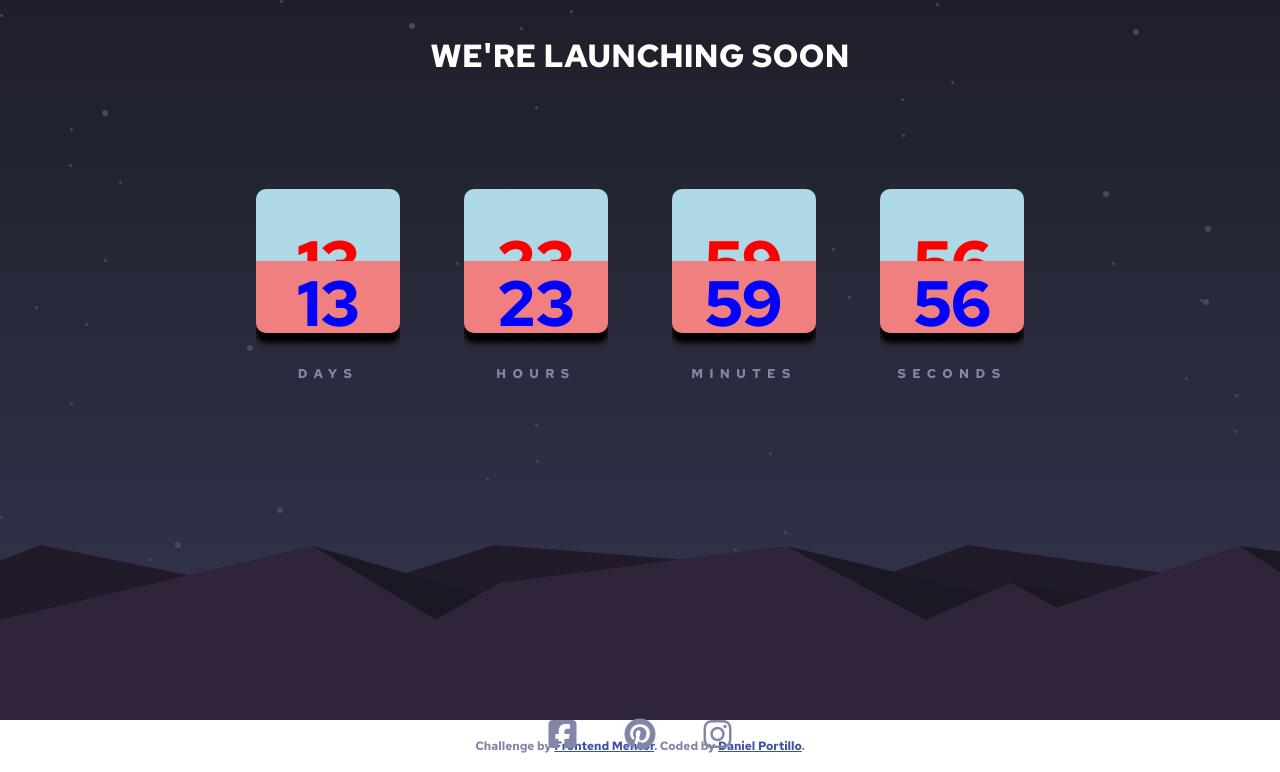
Repository: dportillo23/launch-countdown-timer-main
Page: index.html
These files come from the project's save history. The page is drawn as it stood at one moment and after a run of saves; the edit follows.
The browser window is 1280 px wide. The pictures show the whole page.
Some web libraries are served in a nearby version. The style sheet was rebuilt from its Sass, Less or Tailwind sources for each picture, by a compiler version that may differ from the author's.

Above is the page before, as saved 2021-07-02 11:10:08.

After the next 2 saves:
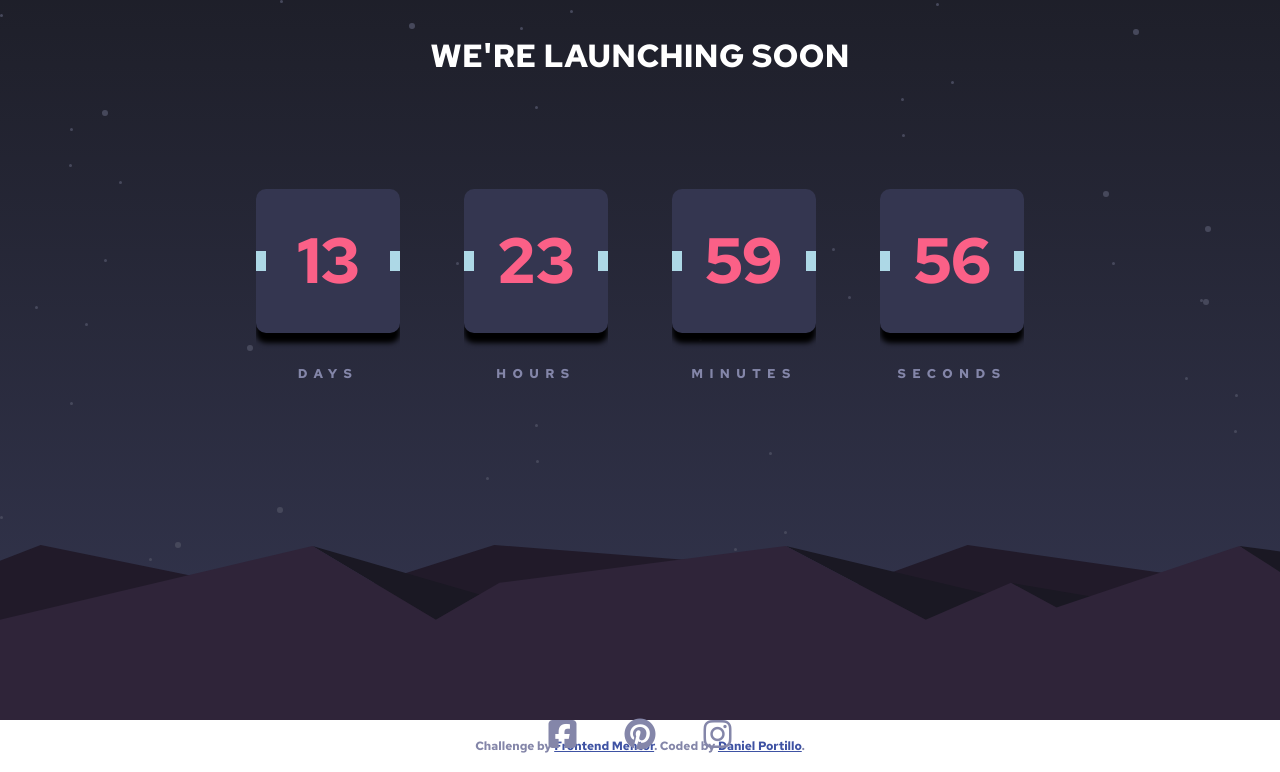
The 2 saves are shown as one change because 1 did not build or start.
The last was saved 10 min 8 s later.
--- a/style.scss
+++ b/style.scss
@@ -79,53 +79,26 @@ body {
     font-size: 4rem;
 
     &::before {
-        content: attr(data-value);
-        width: 100%;
-        height: 50%;
-        color: red;
-        text-align: center;
+        content: "";
+        width:  20px;
+        height: 20px;
         background-color: lightblue;
-        padding: 0.5em 0 0;
         position: absolute;
         z-index: 1;
-        top: 0;
-        overflow: hidden;
+        left: -10px;
     }
 
     &::after {
-        content: attr(data-value);
-        width: 100%;
-        height: 50%;
-        color: blue;
-        text-align: center;
-        background-color: lightcoral;
-        padding: 0 0 1.5em;
+        content: "";
+        width:  20px;
+        height: 20px;
+        background-color: lightblue;
         position: absolute;
         z-index: 1;
-        bottom: 50%;
-        top: 50%;
-        overflow: hidden;
+        right: -10px;
     }
 
 
-}
-
-.circle {
-    height: 20px;
-    width: 20px;
-    border-radius: 50%;
-    background-color: $col-darker;
-    position: absolute;
-    z-index: 2;
-    top: 35%;
-
-    &.left {
-        left: -10px;
-    }
-
-    &.right {
-        right: -10px;
-    }
 }
 
 .card--subtitle {
